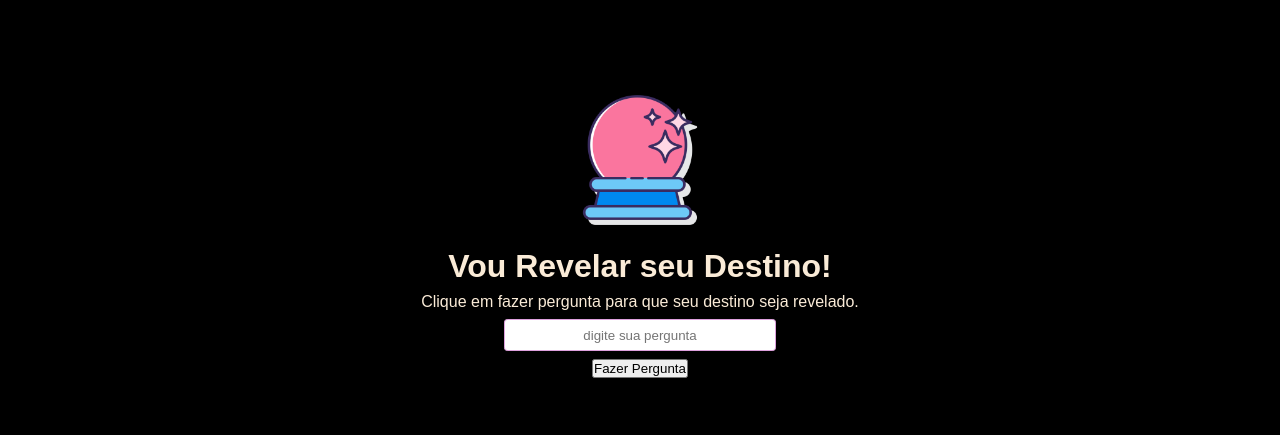
Repository: guilhermecardoso93/nlwexplorer
Page: index.html
An editor plug-in stored every save of this project. The page is shown before and after the next save, followed by the edit.
The browser window is 1280 px wide. The pictures show the whole page.

Above is the page before, as saved 2022-06-08 23:40:43.

### index.html
<!DOCTYPE html>
<html lang="pt-br">
  <head>
    <meta charset="UTF-8" />
    <meta http-equiv="X-UA-Compatible" content="IE=edge" />
    <meta name="viewport" content="width=device-width, initial-scale=1.0" />
    <link rel="stylesheet" href="./styles.css" />
    <title>NLW Explorer</title>
  </head>
  <body>
    <div class="principal">
      <img
        src="./cristalball.png"
        alt="Imagem de uma bola de cristal"
        id="cristalBallImg"
      />
      <h1>Vou Revelar seu Destino!</h1>
      <p>Clique em fazer pergunta para que seu destino seja revelado.</p>
      <input type="text" placeholder="digite sua pergunta" />
      <button>Fazer Pergunta</button>
    </div>
  </body>
  <script src="./script.js"></script>
</html>

### styles.css
* {
  margin: 0;
  padding: 0;
  box-sizing: border-box;
}
body {
  margin: auto;
  background-color: black;
  color: antiquewhite;
  text-align: center;
  font-family: sans-serif;
}

.principal {
  display: flex;
  flex-direction: column;
  margin: auto;
  margin-top: 5rem;
  width: 80%;
  align-items: center;
  gap: 0.5rem;
}

.principal input {
  width: 17rem;
  height: 2rem;
  text-align: center;

  border: 1px solid plum;
  border-radius: 0.2rem;
}

.principal input:hover {
  border: 2px double pink;
}

#cristalBallImg {
  width: 10rem;
}

Loaded but not shown: script.js (no stored copy; drawn as an empty file)

After the next save:
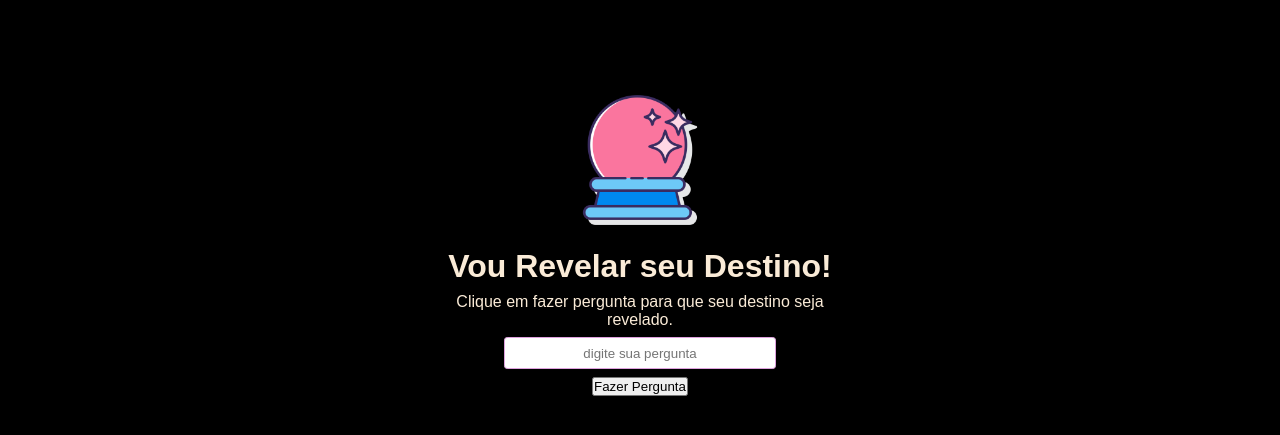
Saved 49 s later.
--- a/styles.css
+++ b/styles.css
@@ -16,6 +16,7 @@ body {
   flex-direction: column;
   margin: auto;
   margin-top: 5rem;
+  max-width: 400px;
   width: 80%;
   align-items: center;
   gap: 0.5rem;
